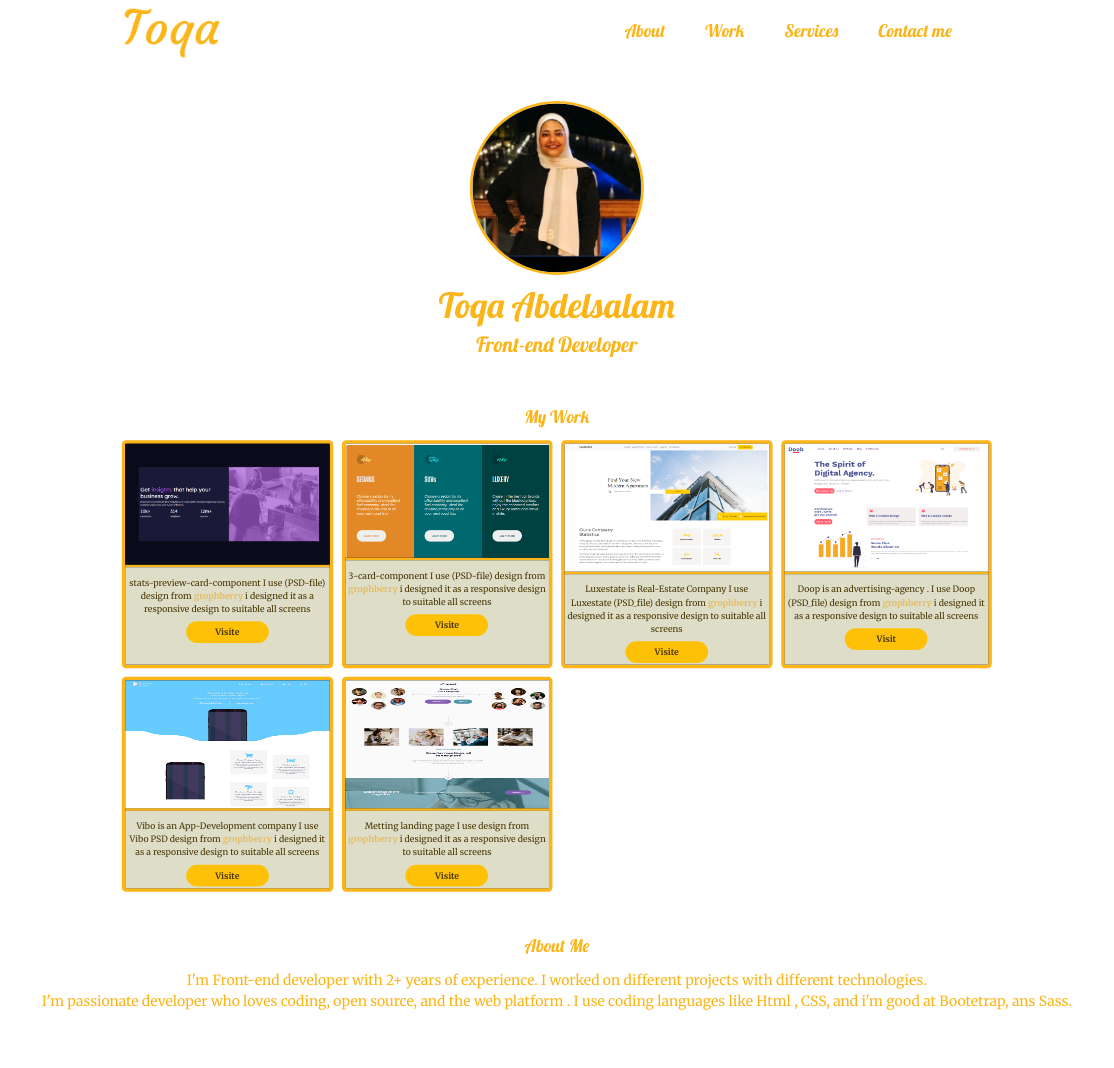
Repository: Toqa-25/portfolio
Page: index.html
The author's editor kept a copy of each file at every save. The page is drawn from the files as they stood at one save, then again after the next save.
The browser window is 1280 px wide. The pictures show the whole page, at 87% of full size.
Some web fonts or font styles are not loaded; a fallback is used.

Above is the page before, as saved 2021-10-31 15:49:50.

### index.html
<!DOCTYPE html>
<html lang="en">
<head>
    <meta charset="UTF-8">
    <meta http-equiv="X-UA-Compatible" content="IE=edge">
    <meta name="viewport" content="width=device-width, initial-scale=1.0">
    <title>Toqa Portfolio</title>
      <!-- bootstrap file -->
      <link rel="stylesheet" href="css/all.min.css">
      <link rel="stylesheet" href="css/bootstrap.css">
      <!-- css file -->
      <link rel="stylesheet" href="css/style.css">
      <!-- fonts -->
      <link rel="preconnect" href="https://fonts.googleapis.com">
<link rel="preconnect" href="https://fonts.gstatic.com" crossorigin>
<link href="https://fonts.googleapis.com/css2?family=Lobster&family=Otomanopee+One&display=swap" rel="stylesheet">
<link rel="preconnect" href="https://fonts.googleapis.com">
<link rel="preconnect" href="https://fonts.gstatic.com" crossorigin>
<link href="https://fonts.googleapis.com/css2?family=Merriweather:ital,wght@0,300;0,400;0,700;0,900;1,300;1,400;1,700;1,900&display=swap" rel="stylesheet">
<link rel="preconnect" href="https://fonts.googleapis.com">
<link rel="preconnect" href="https://fonts.gstatic.com" crossorigin>
<link href="https://fonts.googleapis.com/css2?family=Bebas+Neue&family=Oswald:wght@200;300;400;500;600;700&display=swap" rel="stylesheet">
</head>
<body>

    <header class="section">
       <nav class="container">
           <img src="images/logo.png" alt="logo">
       <ul class="list">
           <li>About</li>
           <li>Work</li>
           <li>Services</li>
           <li>Contact me</li>
           <!-- <li>Reviews</li> -->
       </ul>
       <div role="navigation">
      <svg xmlns="http://www.w3.org/2000/svg" width="35" height="35" fill="#fbb519" class="bi bi-list" viewBox="0 0 16 16">
        <path fill-rule="evenodd" d="M2.5 12a.5.5 0 0 1 .5-.5h10a.5.5 0 0 1 0 1H3a.5.5 0 0 1-.5-.5zm0-4a.5.5 0 0 1 .5-.5h10a.5.5 0 0 1 0 1H3a.5.5 0 0 1-.5-.5zm0-4a.5.5 0 0 1 .5-.5h10a.5.5 0 0 1 0 1H3a.5.5 0 0 1-.5-.5z"/>
      </svg>
      <ul class="hidden">
        <li>About</li>
        <li>Work</li>
        <li>Services</li>
        <li>Contact me</li>
        <!-- <li>Reviews</li> -->
      </ul>
      </div>
    </nav>
    </header>


    <div class="my-image section">
      <div class="quik  " role="main">
        <div>
        <img src="images/toqa.jpg" alt=""><br>
        <h1>Toqa Abdelsalam</h1>
        <h4>Front-end Developer</h4>
      </div>
      </div>
    </div>

      <section class="section container work">
      <h5>My Work</h5>
      <div class="card-groups">
      <div class="project card" role="menu">
        <img src="images/toqa-25.github.io_stats-preview-card-component-main_.png" alt="">
        <p>stats-preview-card-component
      I use  (PSD-file) design from <span> <a href="https://www.frontendmentor.io/">grophberry</a></span>
  i designed it as a responsive design to suitable all screens <br>
  <button><a href="https://toqa-25.github.io/stats-preview-card-component-main/">Visite</a></button>
 </p>
 </div>
      <div class="project card" role="menu">
        <img src="images/toqa-25.github.io_3-cards-component3_.png" alt="">
        <p>3-card-component
      I use (PSD-file) design from <span> <a href="https://www.frontendmentor.io/">grophberry</a></span>
  i designed it as a responsive design to suitable all screens <br>
  <button><a href="https://toqa-25.github.io/3-cards-component/">Visite</a></button>
 </p>
 </div>
      <div class="project card" role="menu">
          <img src="images/destop-luxestate - Copy (1).png" alt="">
          <p>Luxestate is Real-Estate Company
        I use Luxestate (PSD_file) design from <span> <a href="https://www.graphberry.com/">grophberry</a></span>
    i designed it as a responsive design to suitable all screens <br>
    <button><a href="https://toqa-25.github.io/luxstate-project-/">Visite</a></button>
   </p>
   </div>
      <div class="project card" role="menu">
          <img src="images/web_design.png" alt="">
          <p>Doop is an advertising-agency .
        I use Doop (PSD_file) design from <span> <a href="https://www.graphberry.com/">grophberry</a></span>
    i designed it as a responsive design to suitable all screens <br>
    <button><a href="https://toqa-25.github.io/simply-agency/">Visit </a></button>
   </p>
   </div>
      <div class="project card" role="menu">
        <img src="images/Vibo_App(desktop)_toqa-25.github.io2.png" alt="">
          <p>Vibo is an App-Development company
        I use Vibo PSD design from <span> <a href="https://www.graphberry.com/">grophberry</a></span>
    i designed it as a responsive design to suitable all screens <br>
    <button><a href="https://toqa-25.github.io/vibo-app/">Visite</a></button>
   </p>
   </div>
   <div class="project card" role="menu">
    <img src="images/toqa-25.github.io_landing-meeting-page_desktop.png" alt="">
    <p>Metting landing page
  I use  design from <span> <a href="https://www.frontendmentor.io/">grophberry</a></span>
i designed it as a responsive design to suitable all screens <br>
<button><a href="https://toqa-25.github.io/landing-meeting-page/">Visite</a></button>
</p>
</div>
   </div>
      </section>

      <section class="section about">

          <h5>About Me</h5>
      <p> I'm Front-end developer with 2+ years of experience. I worked on different projects with different technologies. <br>
       I'm passionate developer who loves coding, open source, and the web platform .
       I use coding languages like Html , CSS, and i'm good at Bootetrap, ans Sass. </p>
      </section>

</body>
</html>

### css/style.css
/*
    public style
***********************
*/
:root{
    --main-color:#fbb519;
    --section-padding:50px;
}
* , *:after , *:before{
    box-sizing: border-box;
    margin: 0;
    padding: 0;
}
body{
    font-family: 'Merriweather', serif;
    color:var(--main-color);
}
.section{
    padding-bottom: var(--section-padding);
}
.container
{
  width: 80%;
  margin:auto;
}
 .section h5{
    text-align: center;
    font-family: 'Lobster';
    margin-bottom: 15px;
 }
/*
    header style
***********************
*/
 header{
    font-family: 'Lobster', cursive;
 }
 nav{
      display: flex;
    justify-content: space-between;
    align-items: center;
 }
  nav img{
     margin-top:10px;
 }
 nav .list{
     width: 50%;
    margin-top:20px;
    list-style: none;
    color:var(--main-color);
    display: flex;
    justify-content: space-evenly;
    cursor: pointer;
    font-size: 20px;
 }
 nav .list li{
     font-size: 20px;
     transition: .2s;
     -webkit-transition: .2s;
     -moz-transition: .2s;
     -ms-transition: .2s;
     -o-transition: .2s;
    }
    nav .list li:hover{
        border-bottom: 2px solid var(--main-color);
    }
/* media quary for header*/
 @media (max-width: 768px){
  nav .list {
      display: none;
  }
  div{
      display: block;
      padding: 15px;
  }
  .quik h2{
    font-size: 20px;
    line-height: 2rem;
  }
  .quik img{
    width: 100px;
    height: 100px;
 }
}
 @media (min-width: 768px){
     nav div{
         display: none;

     }
 }
 div:hover  .hidden {
     display: block;
     color:var(--main-color);
     position: absolute;
     right: 44px;
     top: 37px;
     background-color: #f5f5dc91;
     list-style: none;
     border-radius: 8px;
     padding: 10px;

 }
 .hidden{
    display: none;

}
.hidden li:hover{
 padding: 5px;
 font-size: 25px;
}
/*
    my image style
***********************
*/

 .quik{
    color: var(--main-color);
    text-align: center;
    /* background-image: url(../images/mohammad-rahmani-8qEB0fTe9Vw-unsplash.jpg); */
    height: 300px;
    display: flex;
    align-items: center;
    justify-content: center;
    /* font-family: 'Bebas Neue', cursive; */
     /* font-family: 'Oswald', sans-serif; */
     font-family: 'Lobster', cursive;


 }
 .quik img{
     width: 200px;
     height: 200px;
     border:3px solid;
     border-radius: 50%;
     -webkit-border-radius: 50%;
     -moz-border-radius: 50%;
     -ms-border-radius: 50%;
     -o-border-radius: 50%;
     margin-bottom: 10px;
}
 h2{
    color: #dad3d3;
    text-transform: uppercase;
    line-height: 3rem;
 }
 span{
     color:var(--main-color)
 }
 .card-groups{
     display: grid;
    grid-template-columns:repeat(4,1fr);
    gap:10px;
 }
 .work h5{
    text-align: center;
    font-family: 'Lobster';
 }
.card {
    width: 100%;
    height: 100%;
    position: relative;
    display: flex;
    flex-direction: column;
    min-width: 0;
    word-wrap: break-word;
    background-color: black;
    background-clip: border-box;
    border: 4px solid var(--main-color);
    border-radius: 0.3rem;
}

.card img{
    max-width:100%;
    max-height: 150px;
    border-bottom: 3px solid;
}
.card img:hover{
   transform: scale(1.1);
   -webkit-transform: scale(1.1);
   -moz-transform: scale(1.1);
   -ms-transform: scale(1.1);
   -o-transform: scale(1.1);
}
.card p{
    margin-bottom: 1rem;
    background-color: black;
    font-size: 10px;
    padding: 2px;
    margin: 0px;
    margin-top: 0px;
    width: 100%;
    height: 100%;
    text-align: center;
    color:#483705;
    background-color: #f5f5dce8;
    padding-top: 10px;

}
.card p a{
    text-decoration: none;
    color: #e2bc66;
    font-weight: bolder;
}
.card p:hover{

}

.card button{
    width: 95px;
    text-align: center;
    background-color: #ffc107;
    border: none;
    border-radius: 15px;
    padding: 5px;
    margin-top: 7px;
}
.card button:hover{
    width:120px;
    padding: 10px;
}
.card button a{
    text-decoration: none;
    color: #483705;
}

.about{
    text-align: center;

}

/*
           media quary style
    ***************************************
        //extra small devices @media (maxwidth:575px)
        //small devices @media (maxwidth:767px)
        //medium devices @media (maxwidth:991px)
        //large devices @media (maxwidth:1199px)
*/

Loaded but not shown: css/all.min.css (library); css/bootstrap.css (library)

After the next save:
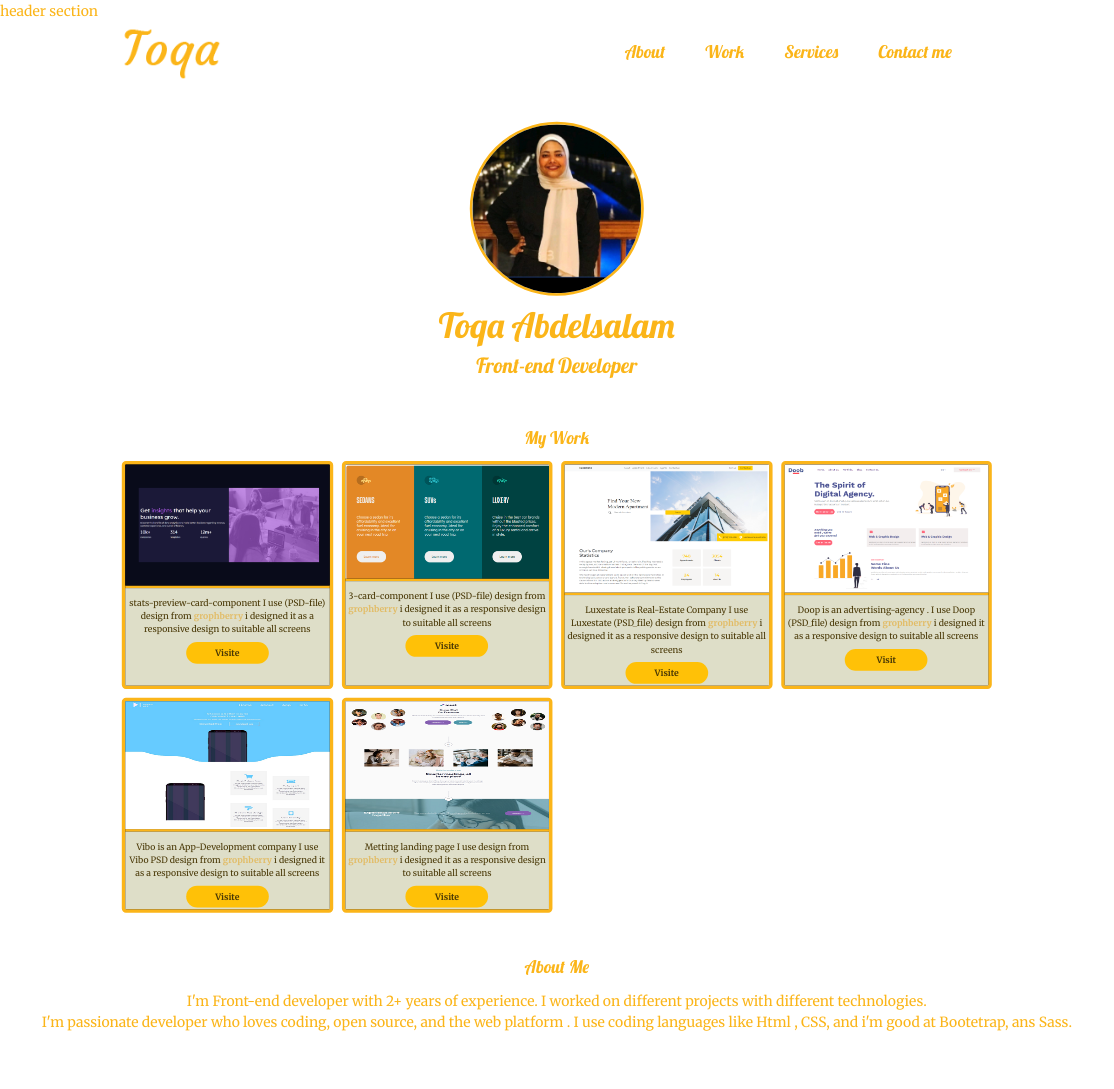
Saved 9 s later.
--- a/index.html
+++ b/index.html
@@ -22,7 +22,7 @@
 <link href="https://fonts.googleapis.com/css2?family=Bebas+Neue&family=Oswald:wght@200;300;400;500;600;700&display=swap" rel="stylesheet">
 </head>
 <body>
-
+        header section
     <header class="section">
        <nav class="container">
            <img src="images/logo.png" alt="logo">

After the save that followed:
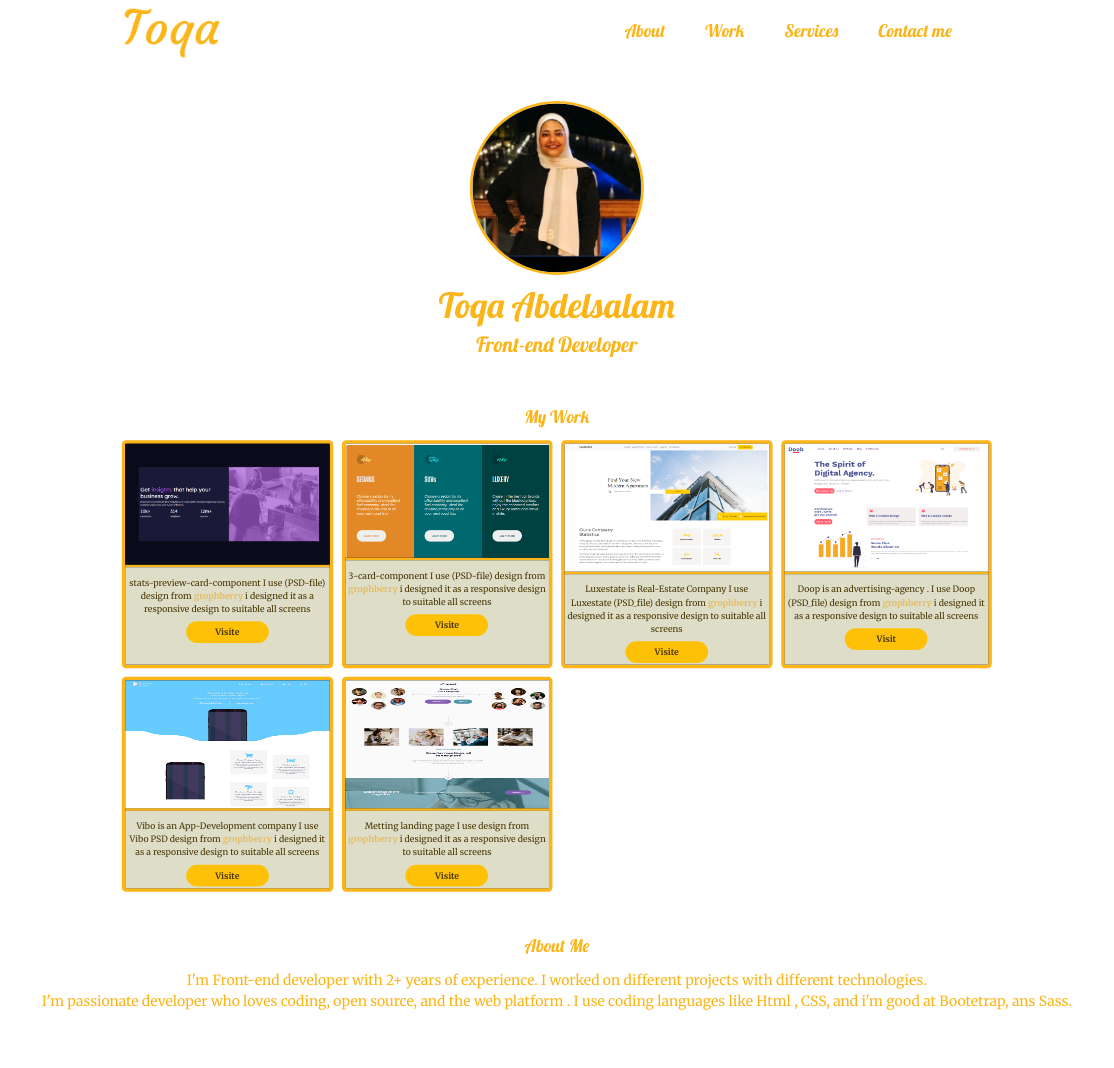
Saved 5 s later.
--- a/index.html
+++ b/index.html
@@ -22,7 +22,7 @@
 <link href="https://fonts.googleapis.com/css2?family=Bebas+Neue&family=Oswald:wght@200;300;400;500;600;700&display=swap" rel="stylesheet">
 </head>
 <body>
-        header section
+        <!-- header section -->
     <header class="section">
        <nav class="container">
            <img src="images/logo.png" alt="logo">
